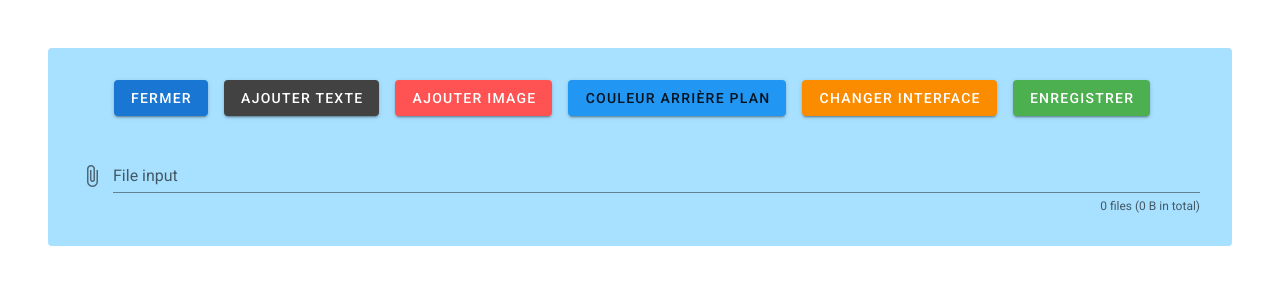
Repository: Hamagistral/BannerApp-Vue
Page: /#/dynamicPage
An editor plug-in stored every save of this project. The page is shown before and after the next save, followed by the edit.
The browser window is 1280 px wide. The pictures show the whole page.
The project was rebuilt for these pictures with package versions that can differ from the ones it lists, and the page was loaded fresh each time. Also part of the build but not shown: vue.config.js, src/components/WidgetText.vue, src/components/WidgetImage.vue, src/components/Home.vue.

Above is the page before, as saved 2023-02-07 01:50:35.

### public/index.html
<!DOCTYPE html>
<html lang="en">
  <head>
    <meta charset="utf-8">
    <meta http-equiv="X-UA-Compatible" content="IE=edge">
    <meta name="viewport" content="width=device-width,initial-scale=1.0">
    <link rel="icon" href="<%= BASE_URL %>favicon.ico">
    <title>Banner App</title>
    <link rel="stylesheet" href="https://fonts.googleapis.com/css?family=Roboto:100,300,400,500,700,900">
    <link rel="stylesheet" href="https://cdn.jsdelivr.net/npm/@mdi/font@latest/css/materialdesignicons.min.css">
  </head>
  <body>
    <noscript>
      <strong>We're sorry but Banner App doesn't work properly without JavaScript enabled. Please enable it to continue.</strong>
    </noscript>
    <div id="app"></div>
    <!-- built files will be auto injected -->
  </body>
</html>

### src/App.vue
<template>
  <v-app>
    <v-main>
      <v-container class="pa-12" fluid>
        <router-view align="center" justify="center" ></router-view>
      </v-container>
    </v-main>
  </v-app>
</template>

<script>

export default {
  name: "App",
  components: {},
};
</script>

### src/router/index.js
import Vue from 'vue'
import VueRouter from 'vue-router'
import DynamicPage from '../components/DynamicPage'
import Home from "../components/Home";

Vue.use(VueRouter)

const routes = [
  {
    path: '/',
    name: 'home',
    component: Home
  },
  {
    path: '/dynamicPage',
    name: 'dynamicPage',
    component: DynamicPage
  },

]
const router = new VueRouter({
  routes
})

export default router

### src/components/DynamicPage.vue
<template>
  <div>
    <template>
      <v-form class="primary pa-8 lighten-4 rounded" ref="form" v-model="valid" lazy-validation>
        <v-btn color="primary" class="mr-4">
          Fermer
        </v-btn>

        <v-btn color="secondary" class="mr-4" @click="addMore()">
          Ajouter Texte
        </v-btn>

        <v-btn color="error" class="mr-4" @click="addImage()">
          Ajouter Image
        </v-btn>

        <v-btn color="blue" class="mr-4">
              Couleur Arrière Plan
              <template v-slot:append>
                <v-menu v-model="menu" top nudge-bottom="105" nudge-left="16" :close-on-content-click="false">
                  <template v-slot:activator="{ on }">
                    <div :style="swatchStyle" v-on="on" />
                  </template>
                  <v-card>
                    <v-card-text class="pa-0">
                      <v-color-picker v-model="color" flat />
                    </v-card-text>
                  </v-card>
                </v-menu>
              </template>
        </v-btn>

        <v-btn color="warning" class="mr-4">
          Changer Interface
        </v-btn>

        <v-btn color="success" class="mr-4">
          Enregistrer
        </v-btn>


        <template>
          <v-file-input
            show-size
            counter
            multiple
            label="File input"
            v-model="chosenFile"
            class="mt-8"
          ></v-file-input>
        </template>
      </v-form>
    </template>

    <div v-for="(course, index) in courses" :key="`text-${index}`">
      <WidgetText></WidgetText>
    </div>
    <div v-for="(file, index) in previewImages" :key="`image-${index}`">
      <WidgetImage :previews="file" vif="file"></WidgetImage>
    </div>
  </div>
</template>

<script>
import WidgetText from "./WidgetText";
import WidgetImage from "./WidgetImage";

export default {
  name: "dynamicPage",
  components: {
    WidgetText,
    WidgetImage,
  },
  props: {
    msg: String,
  },
  data() {
    return {
      chosenFile: null,
      valid: false,

      preview: [
        {
          name: "AAA.jpg",
          chosenFile: "yasser",
        },
      ],

      previewImages: [],
      courses: 0,
      color: '#1976D2FF',
      mask: '!#XXXXXXXX',
      menu: false,
    };
  },
  watch: {
    chosenFile: {
      handler(nw, od) {
        console.log(nw);
      },
      deep: true,
    },
  },
  methods: {
    clean() {
      this.chosenFile = null;
    },
    addMore() {
      this.courses += 1;
    },
    addImage() {
      if(this.chosenFile) {
      this.previewImages.push(...this.chosenFile);
      this.clean();
      } else {
        alert('Erreur, Veuillez choisir !')
      }
    },
  },
  computed: {
    swatchStyle() {
      const { color, menu } = this
      return {
        backgroundColor: color,
        cursor: 'pointer',
        height: '30px',
        width: '30px',
        borderRadius: menu ? '50%' : '4px',
        transition: 'border-radius 200ms ease-in-out'
      }
    },
  },
};
</script>

Loaded but not shown: src/main.js (common file); src/store/index.js (common file); src/plugins/vuetify.js (common file)

After the next save:
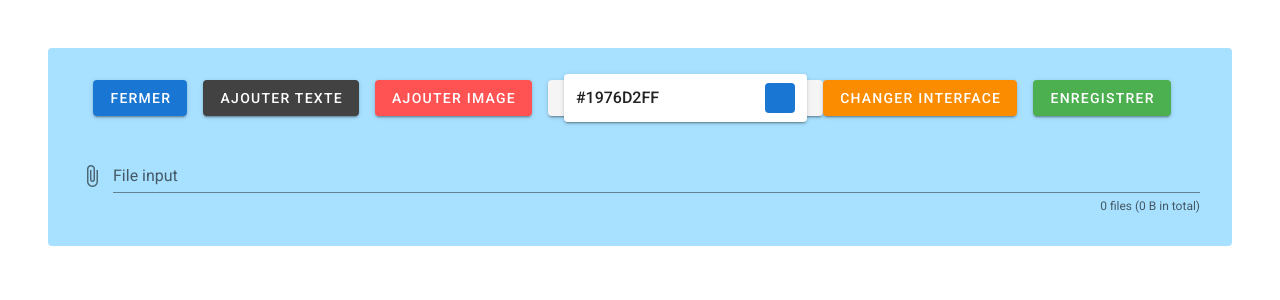
Saved 26 s later.
--- a/src/components/DynamicPage.vue
+++ b/src/components/DynamicPage.vue
@@ -14,8 +14,8 @@
           Ajouter Image
         </v-btn>
 
-        <v-btn color="blue" class="mr-4">
-              Couleur Arrière Plan
+        <v-btn>
+            <v-text-field v-model="color" v-mask="mask" hide-details class="ma-0 pa-0" solo>
               <template v-slot:append>
                 <v-menu v-model="menu" top nudge-bottom="105" nudge-left="16" :close-on-content-click="false">
                   <template v-slot:activator="{ on }">
@@ -28,6 +28,7 @@
                   </v-card>
                 </v-menu>
               </template>
+            </v-text-field>
         </v-btn>
 
         <v-btn color="warning" class="mr-4">
